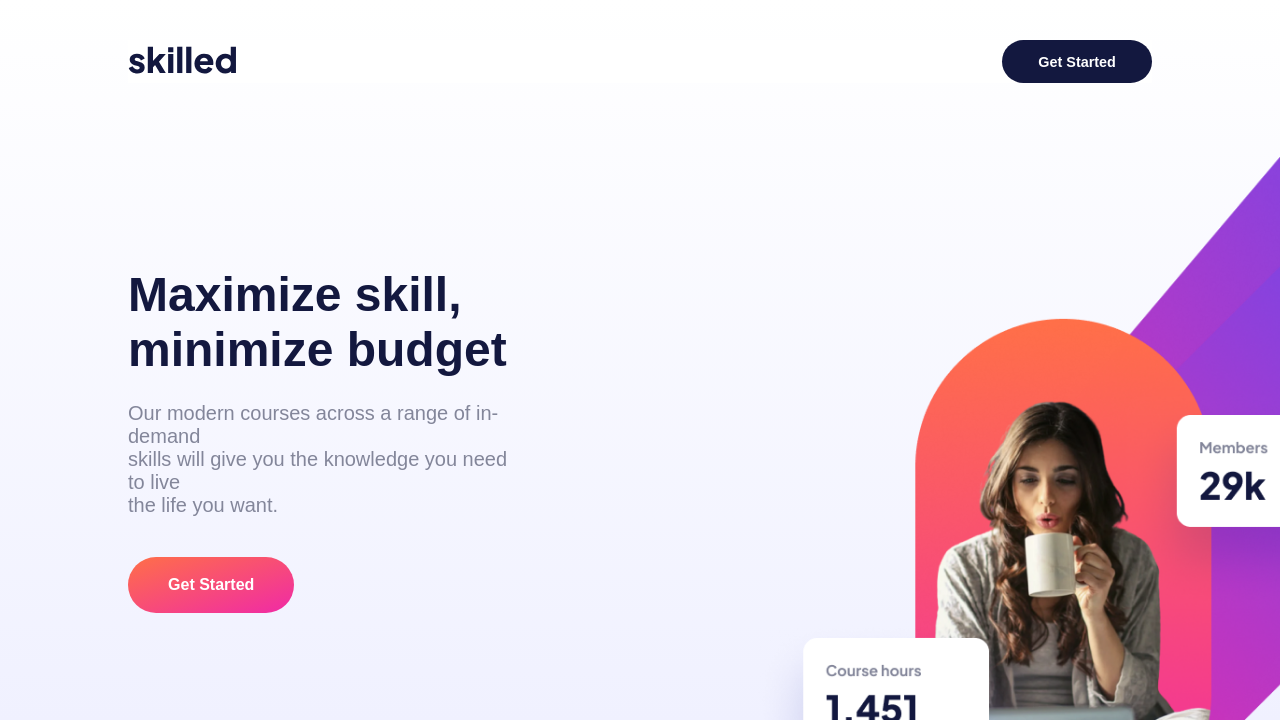
Repository: exe-walt/E-Learning-Landing-Page
Page: index.html
These files come from the project's save history. The page is drawn as it stood at one moment and after the next save; the edit follows.
The browser window is 1280 px wide. The pictures show the whole page.
An inner scrolling area shows only its first screen. Some web fonts or font styles are not loaded; a fallback is used.

Above is the page before, as saved 2025-05-30 17:31:30.

### index.html
<!DOCTYPE html> <!-- Document type declaration for HTML5 -->
<html lang="en">
<head>
  <meta charset="UTF-8"> <!-- Character encoding set to UTF-8 -->
  <meta name="viewport" content="width=device-width, initial-scale=1.0"> <!-- Responsive design meta tag -->
  <title>Skilled E-Learning Page</title> <!-- Page title -->
  <link rel="stylesheet" href="css/style.css"> <!-- Link to external CSS file -->
  <link href="https://fonts.cdnfonts.com/css/plus-jakarta-sans" rel="stylesheet"> <!-- Import custom font -->
</head>
<body>
  <div class="content-container"> <!-- Main content container -->

    <!-- NAVBAR SECTION -->
    <div class="navbar">
      <ul>
        <li id="logo">
          <img src="img/skilled-logo.svg" alt="logo">
        </li>
        <li class="navbar-btn">
          <button>Get Started</button> <!-- Call-to-action button -->
        </li>
      </ul>
    </div>

    <!-- HERO SECTION -->
    <div class="hero-section">
      <div class="hero-text">
        <h1>Maximize skill, <br>minimize budget</h1>

        <p>
          Our modern courses across a range of in-demand <br> skills will give you the knowledge you need to live <br> the life you want.
        </p>

        <button class="grad-btn1">Get Started</button>
      </div>
      <div class="main-image">
        <img src="img/hero-img.png" alt="Lady sipping coffee" class="img1">
        <img src="img/Rectangle.png" alt="rectangle" class="overlay-rectangle">
      </div>

    </div>

          <!--Popular Courses Cards-->
    <div class="cc"> <!--Courses-Container top-->
      <div class="card main-left">
        <h2>Check out our <br>most popular <br>courses! </h2>
      </div>

      <div class="card">
        <div class="icon">
          <img src="img/animation.svg" alt="Animation Icon">
        </div>
        <h3>Animation</h3>
          <p>Learn the latest animation techniques to create stunning motion design and captivate your audience.</p>
            <a href="#">Get Started</a>
      </div>
      <div class="card">
        <div class="icon">
          <img src="img/design.svg" alt="Design Icon">
        </div>
        <h3>Design</h3>
          <p>Create beautiful, usable interfaces to help shape the future of how the web looks.</p>
            <a href="#">Get Started</a>
      </div>
      <div class="card">
        <div class="icon">
          <img src="img/photography.svg" alt="Photography Icon">
        </div>
        <h3>Photography</h3>
          <p>Explore critical fundamentals like lighting, composition, and focus to capture exceptional photos.</p>
            <a href="#">Get Started</a>
      </div>
      <div class="card">
        <div class="icon">
          <img src="img/crypto.svg" alt="Crypto Icon">
        </div>
        <h3>Crypto</h3>
          <p>All you need to know to get started investing in crypto. Go from beginner to advanced with this 54 hour course.</p>
            <a href="#">Get Started</a>
      </div>
      <div class="card">
        <div class="icon">
          <img src="img/business.svg" alt="Business Icon">
        </div>
        <h3>Business</h3>
          <p>A step-by-step playbook to help you start, scale, and sustain your business without outside investment.</p>
            <a href="#">Get Started</a>
      </div>
    </div>
  </div>

  <!-- FOOTER SECTION -->
  <div class="footer">
    <ul>
      <li id="logo">
        <img src="img/skilled-1.svg" alt="logo">
      </li>
      <li class="footer-btn">
        <button>Get Started</button> <!-- Call-to-action button -->
      </li>
    </ul>
  </div>

</body>
</html>

### css/style.css
* {
  box-sizing: border-box;
  margin: 0;
  padding: 0;
  font-family: "Plus Jakarta Sans", sans-serif;
}

body {
  font-family: "Plus Jakarta Sans", sans-serif;
  margin: 0;
  background: linear-gradient(to bottom, #ffffff, #f0f1ff);
  min-height: 100vh;
}

html,
body {
  height: 100%;
  width: 100%;
  overflow-x: hidden;
}

.content-container {
  max-width: 75em;
  width: 80%;
  height: auto;
  margin: 0 auto;
}

.navbar {
  display: flex;
  justify-content: space-between;
  align-items: center;
  background-color: white;
  margin-top: 2.5em;
}

.navbar ul {
  display: flex;
  align-items: center;
  justify-content: space-between;
  width: 100%;
  list-style: none;
}

#logo img {
  height: 1.75em;
  width: auto;
}

.navbar-btn button {
  background-color: #13183f;
  color: white;
  width: 10.4em;
  height: 3em;
  border: none;
  border-radius: 1.8em;
  padding: 0.6rem 1.5rem;
  font-weight: 600;
  font-size: 0.9rem;
  cursor: pointer;
  transition: background-color 0.3s ease;
}

.navbar-btn button:hover {
  cursor: pointer;
  background-color: #666ca3;
}

.hero-section {
  display: flex;
}


.main-image {
  position: relative;
}

.img1 {
  width: 105%;
  transform: translate(35%, 80px);
  position: relative;
  z-index: 3;
}

.overlay-rectangle {
  width: 120%;
  /*height: 117%;*/
  height: 120.6%;
  position: absolute;
  top: -21.6%;
  right: -85%;
  z-index: 2;
}

.hero-text {
  margin-top: 11.5em;
}

.hero-text h1 {
  font-weight: 800; /* ExtraBold */
  font-size: 3rem;
  color: #13183f;
}

.hero-text p {
  font-weight: 400; /* Medium */
  font-size: 1.25rem;
  color: #83869a;
  padding-top: 1.25em;
}

.grad-btn1 {
  width: 10.4em;
  height: 3.5em;
  border: none;
  border-radius: 1.8em;
  color: white;
  font-weight: 700;
  font-size: 1em;
  padding: 0.6rem 1.5rem;
  margin-top: 2.5em;
  background: linear-gradient(to bottom right, #ff6f48, #f02aa6);
}

.grad-btn1:hover {
  cursor: pointer;
  background: linear-gradient(
      rgba(255, 255, 255, 0.5),
      rgba(255, 255, 255, 0.5)
    ),
    linear-gradient(to bottom right, #ff6f48, #f02aa6);
}


.cc {
  display: grid;
  gap: 50px 25px;
  grid-template-columns: repeat(3, 1fr);
  margin-top: 10em;
}

.card, .main-left {
  min-height: 300px;
}

.main-left {
  background: linear-gradient(to bottom right, #ff6f48, #f02aa6);
  color: white;
}

.main-left h2 {
  font-size: 2em;
  font-weight: bolder;
  color: white;
  justify-content: center;
}

.card {
  border-radius: 12px;
  background-color: white;
  box-shadow: 0 4px 10px rgba(0, 0, 0, 0.05);
  padding: 2em;
  display: flex;
  flex-direction: column;
  justify-content: space-between;
  gap: 1em;
}

.icon {
  width: 56px;
  height: 56px;
  margin-bottom: 1.5rem;
  margin-top: -4em;
}

.card h3 {
  font-size: 1.25rem;
  color: #13183f;
}

.card p {
  color: #83869a;
  font-size: 1rem;
  flex-grow: 1;
  font-weight: 500;;
}

.card a {
  color: #f74780;
  font-weight: bold;
  text-decoration: none;
}

.card a:hover {
  transition: 0.3s ease;
  color: #fa8fb1;
}

.footer {
  background-color: #13183f;
  margin-top: 5.5em;
}

.footer ul {
  display: flex;
  align-items: center;
  justify-content: space-between;
  list-style-type: none;
  max-width: 75em;
  width: 80%;
  height: 7.5em;
  margin: 0 auto;
}

.footer-btn button {
  width: 10.4em;
  height: 3em;
  border: none;
  border-radius: 1.8em;
  color: white;
  font-weight: 700;
  font-size: 1em;
  background: linear-gradient(to bottom right, #4851ff, #f02aa6);
}

.footer-btn button:hover {
  cursor: pointer;
  background: linear-gradient(
      rgba(255, 255, 255, 0.5),
      rgba(255, 255, 255, 0.5)
    ),
    linear-gradient(to bottom right, #4851ff, #f02aa6);
}

After the next save:
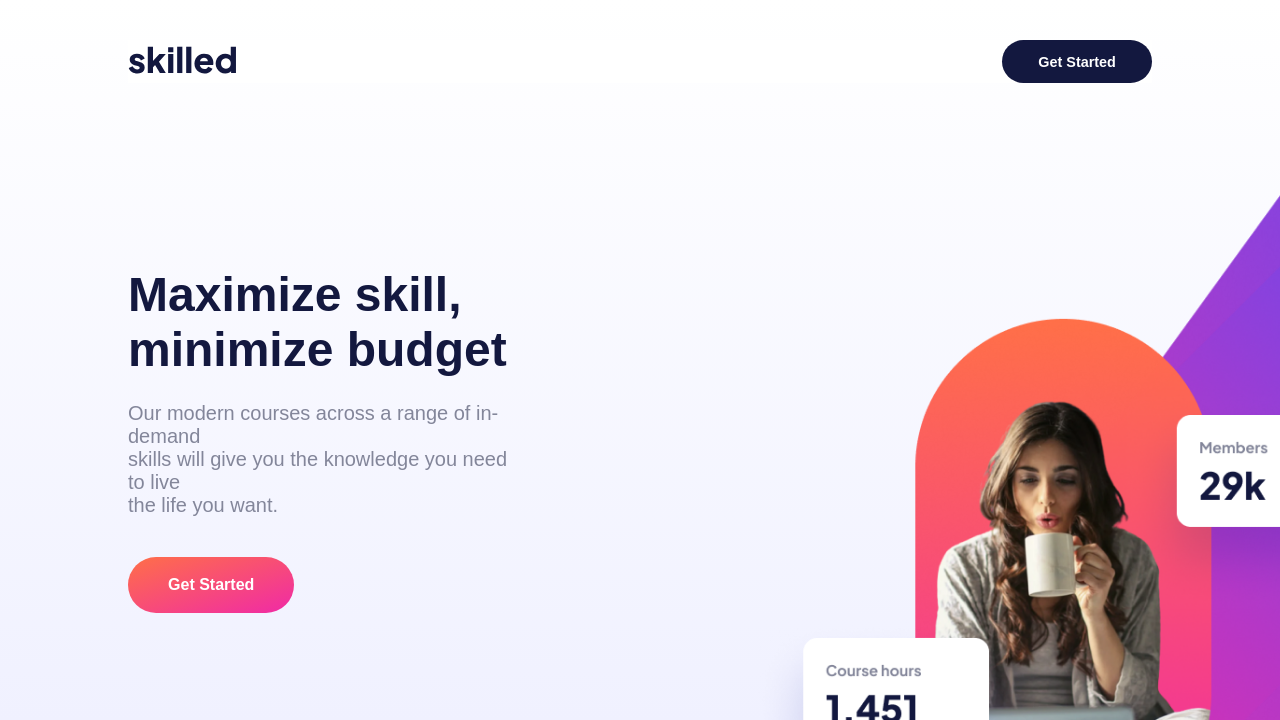
Saved 4 s later.
--- a/css/style.css
+++ b/css/style.css
@@ -85,7 +85,7 @@ body {
 .overlay-rectangle {
   width: 120%;
   /*height: 117%;*/
-  height: 120.6%;
+  height: 140.6%;
   position: absolute;
   top: -21.6%;
   right: -85%;
